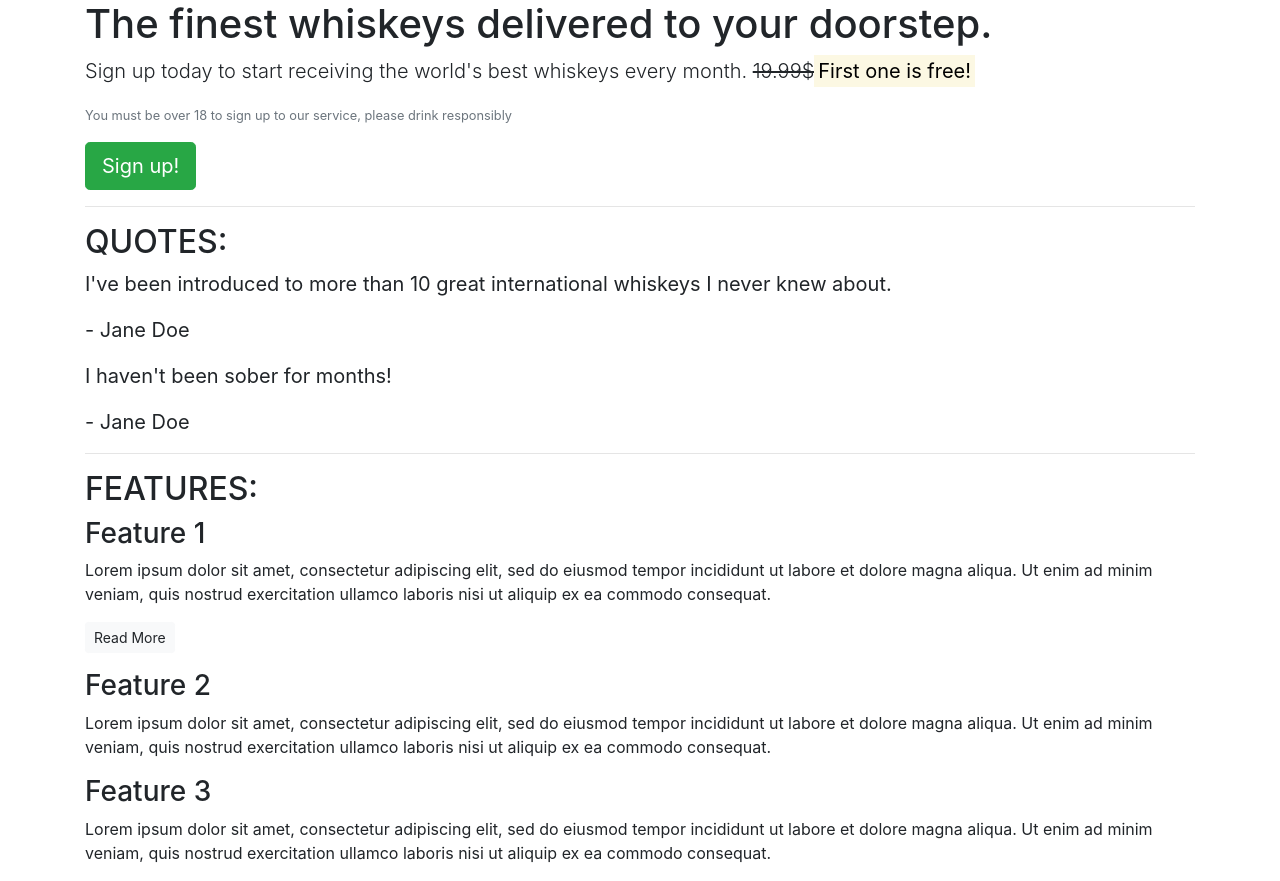
Repository: cipsim/bootstrap2.0
Page: index.html
The author's editor kept a record of every edit. The page is drawn from the files as they stood at one moment, then again after the next edit.
The browser window is 1280 px wide. The pictures show the whole page.

Above is the page before.

### index.html
<!DOCTYPE html>
<html lang="en-us">

<head>
    <meta charset="utf-8">

    <title>Whiskey Drop | Taste a new whiskey every month</title>
    <meta name="viewport" content="witdth=device-witdth, initial-scale=1.0">
    <link rel="stylesheet" href="https://maxcdn.bootstrapcdn.com/bootstrap/4.1.3/css/bootstrap.min.css">
</head>

<body>
    <article class="container">
        <!-- Callout -->
        <section class="callout">
            <h1>The finest whiskeys delivered to your doorstep.</h1>
            <p class="lead">Sign up today to start receiving the world's best whiskeys every month. <s>19.99$</s><strong><mark>First one is free!</mark></strong></p>
            <p class="text-muted"><small>You must be over 18 to sign up to our service, please drink responsibly</small></p>
            <button class="btn btn-success btn-lg">Sign up!</button>
        </section>
        <!-- /.callout -->
        <hr>

        <!-- Quotes -->
        <section class="quotes">
            <h2 class="text-uppercase">Quotes:</h2>
            <blockquote class="blockquote">
                <p>I've been introduced to more than 10 great international whiskeys I never knew about.</p>
                <p>- Jane Doe</p>
            </blockquote>
            <blockquote class="blockquote">
                <p>I haven't been sober for months!</p>
                <p>- Jane Doe</p>
            </blockquote>
        </section>
        <!-- /.quotes -->
        <hr>

        <!-- Features -->
        <section class="features">
            <h2 class="text-uppercase">Features:</h2>
            <div class="feature">
                <h3>Feature 1</h3>
                <p>Lorem ipsum dolor sit amet, consectetur adipiscing elit, sed do eiusmod tempor incididunt ut labore et dolore magna aliqua. Ut enim ad minim veniam, quis nostrud exercitation ullamco laboris nisi ut aliquip ex ea commodo consequat.</p>
                <p><a class="btn btn-sm btn-light" href="">Read More</a></p>
            </div>
            <div class="feature">
                <h3>Feature 2</h3>
                <p>Lorem ipsum dolor sit amet, consectetur adipiscing elit, sed do eiusmod tempor incididunt ut labore et dolore magna aliqua. Ut enim ad minim veniam, quis nostrud exercitation ullamco laboris nisi ut aliquip ex ea commodo consequat.</p>
            </div>
            <div class="feature">
                <h3>Feature 3</h3>
                <p>Lorem ipsum dolor sit amet, consectetur adipiscing elit, sed do eiusmod tempor incididunt ut labore et dolore magna aliqua. Ut enim ad minim veniam, quis nostrud exercitation ullamco laboris nisi ut aliquip ex ea commodo consequat.</p>
            </div>
        </section>
        <!-- /.features -->
    </article>
</body>

</html>

After the next edit:
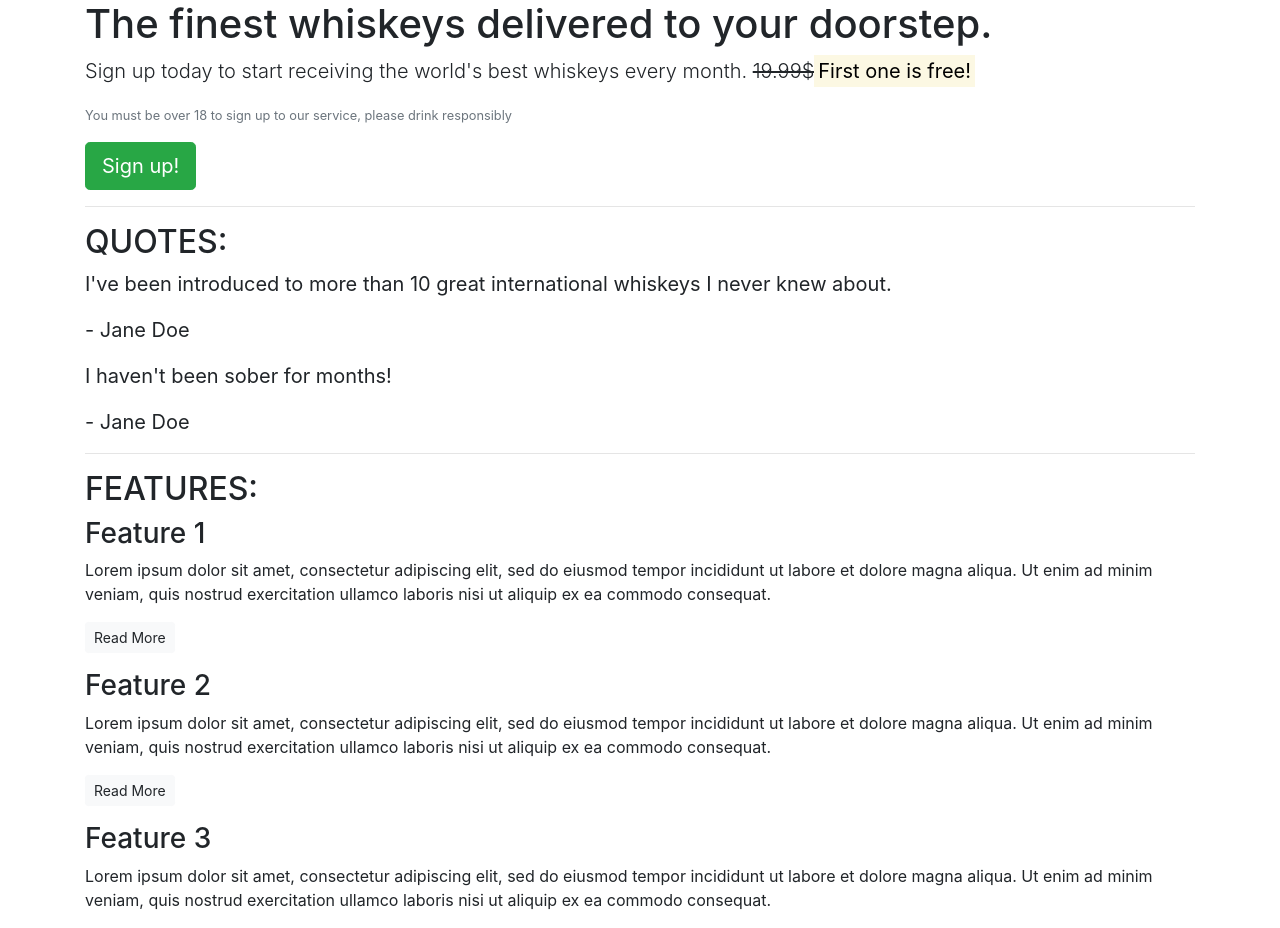
The edit:
--- a/index.html
+++ b/index.html
@@ -47,6 +47,7 @@
             <div class="feature">
                 <h3>Feature 2</h3>
                 <p>Lorem ipsum dolor sit amet, consectetur adipiscing elit, sed do eiusmod tempor incididunt ut labore et dolore magna aliqua. Ut enim ad minim veniam, quis nostrud exercitation ullamco laboris nisi ut aliquip ex ea commodo consequat.</p>
+                <p><a class="btn btn-sm btn-light" href="">Read More</a></p>
             </div>
             <div class="feature">
                 <h3>Feature 3</h3>
